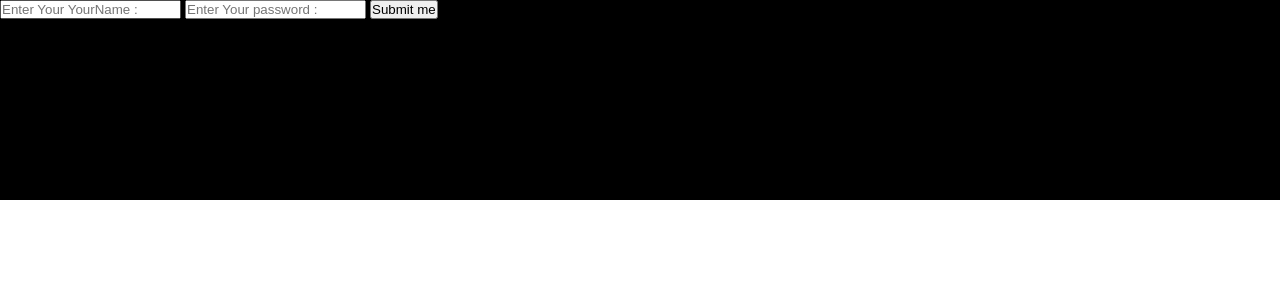
Repository: Deepak-Mane1902/simple-Calculator-using-JSP-Servlet
Page: http://localhost/webProject/
An editor plug-in stored every save of this project. The page is shown before and after the next save, followed by the edit.
The browser window is 1280 px wide. The pictures show the whole page.
The page is served by Tomcat 9. Other server files are loaded and not shown.

Above is the page before, as saved 2024-12-14 17:35:50.

### webProject/src/main/webapp/index.html
<!DOCTYPE html>
<html>
<head>
<meta charset="UTF-8">
<title>Insert title here</title>
<link rel="stylesheet" href="style.css" >
</head>
<body>
<form action="myServlet" method="Post">
<input name="username" placeholder="Enter Your YourName : "></input>
<input name="password" placeholder="Enter Your password : "></input>
<button>Submit me</button>
</form>
</body>
</html>

### webProject/src/main/webapp/style.css
*{
	margin:0;
	padding:0;
}
html,body{
	width:100%;
	height:100%;
}
form{
	background-color:black;
	height:200px;
}

After the next save:
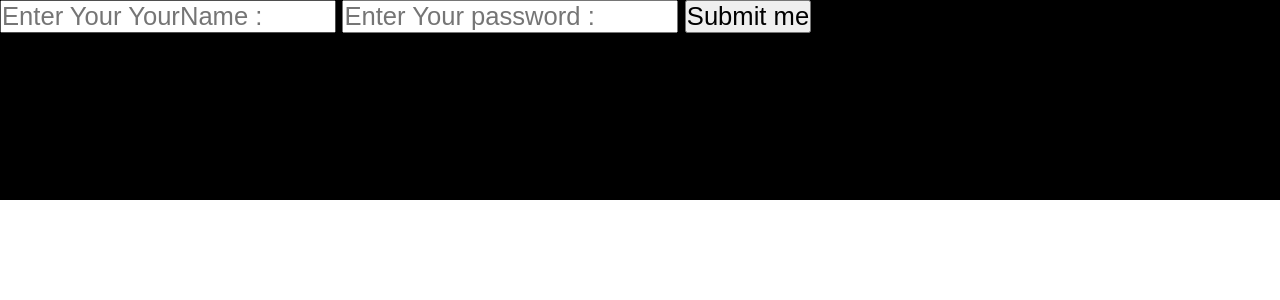
Saved 19 s later.
--- a/webProject/src/main/webapp/style.css
+++ b/webProject/src/main/webapp/style.css
@@ -1,6 +1,7 @@
 *{
 	margin:0;
 	padding:0;
+	font-size:2vw;
 }
 html,body{
 	width:100%;
@@ -9,4 +10,5 @@
 form{
 	background-color:black;
 	height:200px;
+
 }
